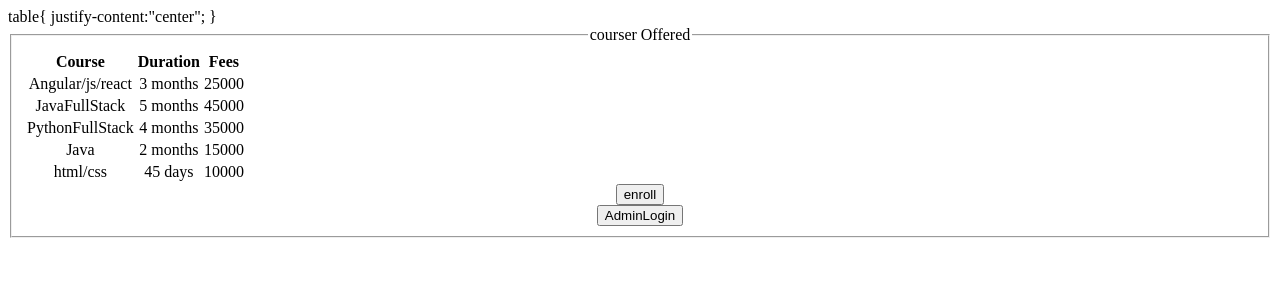
Repository: JanapatlaManojReddy/java
Page: http://localhost/institutionProject/
An editor plug-in stored every save of this project. The page is shown before and after the next save, followed by the edit.
The browser window is 1280 px wide. The pictures show the whole page.
The page is served by Tomcat 9.

Above is the page before, as saved 2023-08-19 11:15:51.

After the next save:
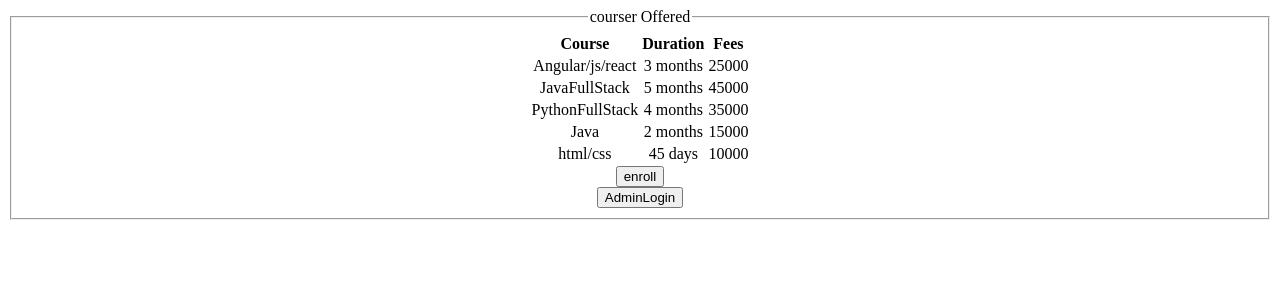
Saved 45 s later.
--- a/institutionProject/src/main/webapp/welcome.jsp
+++ b/institutionProject/src/main/webapp/welcome.jsp
@@ -5,15 +5,13 @@
 <head>
 <meta charset="ISO-8859-1">
 <title>welcome to coding hub </title>
-table{
-justify-content:"center";
-}
+
 </head>
 <body>
 <form>
 <fieldSet align="center">
 <legend>courser Offered</legend>
-<table>
+<table align="center">
 <tr>
 <th>Course </th>
 <th>Duration</th>
